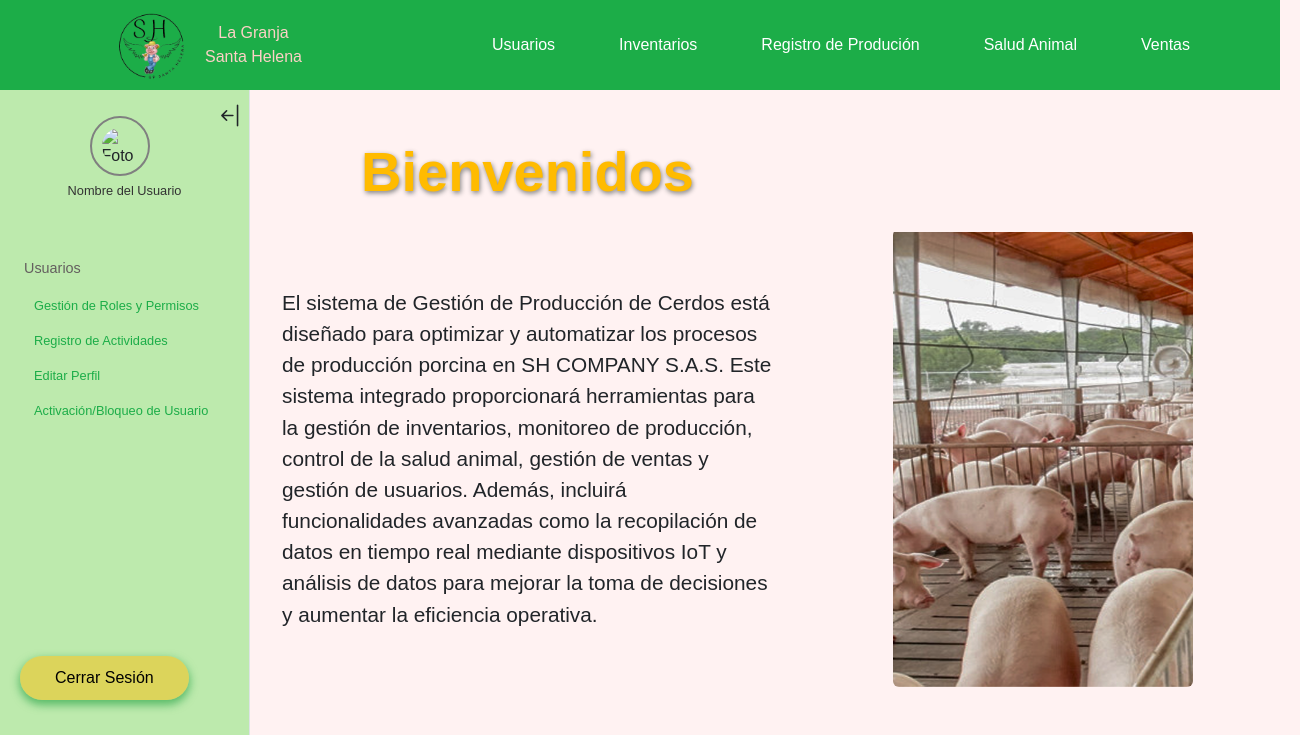
Repository: Mateojimenezz/Granja-Santa-Helena
Page: paginaDeInicio.html
These files come from the project's save history. The page is drawn as it stood at one moment and after the next save; the edit follows.
The browser window is 1280 px wide. The page is 1300 px wide, so the pictures cover 1300 px, including what lies to the right of the window. The pictures show the whole page.
After loading, the first visible `a.nav-link` was clicked once.
Some web fonts or font styles are not loaded; a fallback is used.

Above is the page before, as saved 2025-04-08 10:06:43.

### paginaDeInicio.html
<!DOCTYPE html>
<html lang="es">
<head>
    <meta charset="UTF-8">
    <meta name="viewport" content="width=device-width, initial-scale=1.0">
    <title>La Granja</title>
    <link href="https://cdn.jsdelivr.net/npm/bootstrap@5.3.3/dist/css/bootstrap.min.css" rel="stylesheet" integrity="sha384-QWTKZyjpPEjISv5WaRU9OFeRpok6YctnYmDr5pNlyT2bRjXh0JMhjY6hW+ALEwIH" crossorigin="anonymous">

    <link rel="stylesheet" href="./assets/css/index.css">
    <link rel="stylesheet" href="./assets/css/paginaDeInicio.css">
    <link rel="stylesheet" href="https://cdn.jsdelivr.net/npm/bootstrap-icons@1.11.3/font/bootstrap-icons.min.css">
    <link href="https://fonts.googleapis.com/css2?family=Calistoga&display=swap" rel="stylesheet">

  </head>
<body>
  <header class="header sticky-top d-flex  align-items-center ">
    <div class="container d-flex  align-items-center justify-content-between ">
      <div class="logo">
        <img  src="./assets/img/logo.png" width="90" alt="Logo">
        <span>La Granja <br> Santa Helena</span>
      </div>
      <nav class="navbar navbar-expand-lg ">
        <button class="navbar-toggler toggler-focus text-white" type="button" data-bs-toggle="collapse" data-bs-target="#menu" aria-controls="menu" aria-expanded="false" aria-label="Toggle navigation">
          <span class="navbar-toggler-icon"></span>
        </button>
        <div class="collapse navbar-collapse  d-lg-none" id="menu">
          <ul class="navbar-nav ms-auto    gap-md-3 gap-lg-5">
            <li class="nav-item"><a class="nav-link " href="#" >Usuarios</a>
              <ul class="submenu submenu-hidden">
                <li><a class="nav-link" href="#">Gestión de Roles y Permisos</a>
                  <ul class="sub-submenu sub-submenu-hidden">
                    <li><a class="nav-link" href="#">Usuarios</a></li>

                  </ul>
                </li>
                <li><a class="nav-link" href="#">Registro de Actividades</a></li>
                <li><a class="nav-link" href="#">Editar Perfil</a></li>
                <li><a class="nav-link" href="#">Activación/Bloqueo de Usuario</a></li>
              </ul>
            </li>
            <li class="nav-item"><a class="nav-link" href="#">Inventarios</a>
              <ul class="submenu submenu-hidden">
                <li><a class="nav-link" href="#">Bodega de Alimento</a>
                  <ul class="sub-submenu sub-submenu-hidden">
                    <li><a class="nav-link" href="#">Inventario de alimento</a></li>
                    <li><a class="nav-link" href="#">Registro de Diario de consumo</a></li>
                  </ul>
                </li>
                <li><a class="nav-link" href="#">Bodega de Enseres</a></li>
                <li><a class="nav-link" href="#">Dispensario</a></li>
                <li><a class="nav-link" href="#">Laboratorio</a></li>
              </ul>
            </li>
            <li class="nav-item"><a class="nav-link" href="#">Registro de Produción</a>
              <ul class="submenu submenu-hidden">
                <li><a class="nav-link" href="#">Maternidad</a></li>
                <li><a class="nav-link" href="#">Lactancia</a></li>
                <li><a class="nav-link" href="#">Reproductores</a></li>
                <li><a class="nav-link" href="#">Precebo</a></li>
                <li><a class="nav-link" href="#">Ceba</a></li>
              </ul>

            </li>
            <li class="nav-item"><a class="nav-link" href="#">Salud Animal</a></li>
            <li class="nav-item"><a class="nav-link" href="#">Ventas</a></li>
          </ul>
        </div>
        </div>
      </nav>
    </div>
  </header>
  <button id="toggleMenu" class="d-none d-sm-none d-md-block  btn  position-fixed  btn-MenuLateralAbrir ">
    <span><i class="bi bi-arrow-bar-right"></i></span>
  </button>
  <!-- Menú lateral -->
  <div id="sidebar" class=" border-end vh-100 position-fixed start-0 p-3  ">
     <!-- Sección de Usuario -->
  <div id="userInfo" class="user-info d-flex flex-column">
    <img src="" alt="Foto de Usuario" class="user-photo"><!-- foto del usuario -->
    <p class="user-name ">Nombre del Usuario</p>
  </div>
    <button id="closeMenu" class="btn  mb-1 btn-MenuLateralCerrar">
      <span><i class="bi bi-arrow-bar-left"></i></span>
    </button>
    <ul id="sisidebarMenu"  class="nav flex-column" >

    </ul>
     <!-- Botón de Cerrar Sesión -->
  <button id="logoutButton" class="logout-button">Cerrar Sesión</button>
  </div>
  <main class="container">
    <!-- Sección 1 -->
    <section class="row seccion-1">
      <article class="col-12 col-lg-6 d-flex justify-content-center align-items-center mt-5 mb-2">
        <h1 >Bienvenidos</h1>
      </article>
    </section>
    <!-- Sección 2 -->
    <section class="row seccion-2  mt-2">
      <article class="d-flex flex-column align-items-center justify-content-center col-12 col-lg-6 ">
        <p class="text-justify mb-5">
          El sistema de Gestión de Producción de Cerdos está diseñado para optimizar y automatizar
          los procesos de producción porcina en SH COMPANY S.A.S. Este sistema integrado proporcionará herramientas
          para la gestión de inventarios, monitoreo de producción, control de la salud animal, gestión de ventas y gestión de usuarios.
          Además, incluirá funcionalidades avanzadas como la recopilación de datos en tiempo real mediante dispositivos IoT y análisis de datos
          para mejorar la toma de decisiones y aumentar la eficiencia operativa.
        </p>
      </article>
      <!-- Imagen -->
      <article class="col-12 col-lg-6 d-flex justify-content-center align-items-center mb-5 p-0 ">
        <img
          src="assets/img/Upload-5a8315b810a15-13022018 1.png"  width="300" height="200"
          class="img-fluid rounded "
          alt="Fotografía de la granja"
        />
      </article>
    </section>
  </main>







  <!-- bootstrap JS -->
  <script src="https://cdn.jsdelivr.net/npm/bootstrap@5.3.3/dist/js/bootstrap.bundle.min.js" integrity="sha384-YvpcrYf0tY3lHB60NNkmXc5s9fDVZLESaAA55NDzOxhy9GkcIdslK1eN7N6jIeHz" crossorigin="anonymous"></script>
  <script src="./assets/js/menu.js"></script>
  <script src="./assets/js/menuLateral.js"></script>
  <script src="./assets/js/submenu.js"></script>
  <script src="./assets/js/menuHandler.js"></script>

</body>

</html>

### assets/css/index.css
@import "./variables.css";

/* === General === */
body {
  margin: 0;
  font-family: var(--font-principal);
  background-color: var(--color-FondoDiv2);
}

/* === Header === */
.header {
  background-color: var(--color-principal);
  color: var(--color-texto);
  font-size: 1rem;
}

.logo {
  display: flex;
  align-items: center;
  gap: 0.5rem;
  color: #FCD1C6;
  text-align: center;
  margin-left: 25px;
}

/* === Botón Ingresar === */
.ingresar,
.ingresar1 {
  color: white !important;
  cursor: pointer;
  display: flex;
  align-items: center;
  gap: 10px;
}

.ingresar {
  margin-left: 110px;
  margin-right: 100px;
}

.ingresar h5:hover,
.ingresar1 h5:hover {
  color: var(--color-fondoDiv);
}

/* === Navbar === */
.navar-nav {
  justify-content: center;
}

.nav-link {
  position: relative;
  color: white;
  text-decoration: none;
  padding: 0.5rem;
  transition: color 0.3s ease-in-out;
}
.nav-link:active{
  color: red;
}

.nav-link::after {
  content: '';
  position: absolute;
  left: 15px;
  bottom: 0;
  width: 0;
  height: 2px;
  background-color: var(--color-FondoDiv2);
  transition: width 0.3s ease-in-out;
}

.nav-link:hover {
  color: var(--color-fondoDiv);
}

.nav-link:hover::after {
  width: 75%;
}

/* === Sección 1 - Imagen Principal === */
.imagen1 {
  width: 100%;
  height: 500px;
  object-fit: cover;
}

.titulo1 {
  position: absolute;
  top: 50%;
  left: 50%;
  transform: translate(-50%, -50%);
  color: white;
  font-size: 4rem;
  font-weight: bold;
  text-shadow: 2px 2px 5px var(--color-principal);
  text-align: center;
}

/* === Sección 3 === */
.seccion-3 {
  background-color: var(--color-fondoDiv);
}

/* === Footer === */
.footer {
  background-color: var(--color-Footter);
  padding-left: 50px;
  padding-bottom: 0px;
  margin-bottom: -50px;
}

.Logofooter {
  max-width: 250px;
  margin-right: 50px;
}

/* === Responsividad === */
@media (max-width: 991px) {

  /* Ajustes en dispositivos pequeños */
  .logo {
    margin-left: -10px;
  }

  .navbar-toggler {
    border: none !important;
  }

  .navbar-toggler:focus,
  .navbar-toggler:active,
  .navbar-toggler:hover {
    outline: none !important;
    box-shadow: 0 0 10px #F8E91C !important;
  }

  /* Ocultar ingresar en pantallas pequeñas y mostrar ingresar1 */
  .ingresar {
    display: none;
  }

  .ingresar1 {
    display: flex;
  }

  .ingresar1 .bi {
    padding-top: 5px;
  }
}

### assets/css/paginaDeInicio.css
@import "./variables.css";

/* === General === */
body {
  overflow-x: hidden; /* Elimina scroll horizontal globalmente */
  width: 100%; /* Asegura que el cuerpo ocupe todo el ancho */
  box-sizing: border-box;
  position: relative; /* Asegura que el cuerpo sea el contenedor principal */
  z-index: 1; /* Mantén el cuerpo en la base de la jerarquía */
}

#sidebar {
  display: none;
  transition: all 0.3s ease; /* Animación opcional */
  background-color: var(--color-menu-lateral); /* Color de fondo del menú lateral */
  position: fixed; /* Fija el menú lateral */
  top: 90px; /* Ajusta la posición superior según el encabezado */
  left: 0;
  bottom: 30px; /* Ajusta la posición inferior según el pie de página */
  width: 250px; /* Ajusta al ancho necesario */
  overflow-y: auto; /* Permitir desplazamiento vertical */
  z-index: 2 !important; /* Asegura que el menú esté por encima de otros elementos */
  max-height: 100vh; /* Asegura que el contenido no exceda la pantalla */
  overflow-y: scroll; /* Habilita el desplazamiento vertical */
  scrollbar-width: thin; /* Reduce el grosor de la barra en Firefox */
  scrollbar-color: transparent transparent; /* Hace la barra invisible en Firefox */

 }
 #sidebar::-webkit-scrollbar {
  width: 0; /* Oculta la barra de desplazamiento en navegadores basados en WebKit */
}

#sidebar::-webkit-scrollbar-thumb {
  background-color: transparent; /* Asegura que el pulgar sea invisible */
}

#sidebar.open {
  display: block;
}
.btn-MenuLateralAbrir{
  margin-top: -5px;
  margin-left: -10px;
  font-size: 30px;
  font-weight: 700;
  border:none;

}

.btn-MenuLateralCerrar{
  margin-top: -240px;
  margin-left: 190px;
  font-size: 25px;
  border:none;
}
.seccion-1 h1{
    font-family: var(--font-principal);
    color:  #FFBB00;
    font-size: 3.5em;
    font-weight: bold;
    text-shadow: gray 1px 2px 5px;

}
.seccion-2{
  font-size: 1.3em;
  font-family: Arial;
}


/* Submenú dentro del menú lateral */
#sisidebarMenu .submenu {
  margin-left: -10px; /* Ajustar margen */
  list-style: none; /* Eliminar viñetas */

}

/* Ocultar los submenús en el encabezado */
.nav-item .submenu {
  display: none;
}

.nav-item.active .submenu {
  display: block; /* Mostrar submenús al hacer clic en pantallas pequeñas */
}

/* Animación para mostrar el menú lateral */

/* Estilos para la sección de usuario */
.user-info {
  align-items: center;
  padding: 10px;
}

.user-photo {
  width: 60px;
  height: 60px;
  padding: 10px;
  border: 2px solid grey;
  border-radius: 50%; /* Hace que la imagen sea redonda */
  margin-right: 10px;
}

.user-name {
  font-size: 0.8em;
  margin-top: 5px;
  color: #333;
}

/* Estilos para el botón de cerrar sesión */
.logout-button {
  position:fixed;
  bottom: 20px;
  left: 20px;
  border: none;
  text-align: center;
  cursor: pointer;
  background-color: var(  --color-Botones);
  padding: 10px 35px;
  border-radius: 30px;
  color: black;
  z-index: 1 !important; /* Asegura que el botón esté por encima de otros elementos */
  box-shadow: 0 4px 8px 1px  rgba(25, 157, 60, 0.6) /* Sombra verde */
}

.logout-button:hover {
  background-color: #c82333;
  color: white;



}
/* Estilos para los enlaces del menú lateral */
#sidebar .nav-link {
  font-size: 0.9em;
  color: var(--color-TextoMenuLateral); /* Color personalizado para los enlaces */
}
#sidebar .submenu .nav-link {
  font-family: arial;
  font-size:0.8em;
  color:var(--color-principal) !important; /* Color personalizado para el submenú */
}

#sidebar  .nav-link:hover {
  color:var(--color-principal); /* Color activo para los enlaces del submenú */
}


#sidebar .submenu .nav-link:focus{
  color: var(--color-TextoMenuLateral) !important; /* Asegura que el color sea consistente */
  font-weight: bold; /* Resalta el enlace activo */
}
/* estlos para sub-submenu */
/* Submenú y sub-submenú del menú lateral */
#sidebar .submenu,
#sidebar .sub-submenu {
  list-style: none;
  margin-left: 10px; /* Ajustar margen */
  padding: 0; /* Eliminar padding */
  transition: all 0.3s ease-in-out; /* Animación suave */
  display: none; /* Ocultos por defecto */
}

#sidebar .submenu-visible,
#sidebar .sub-submenu-visible {
  display: block !important; /* Mostrados al alternar visibilidad */
}

/* Diferenciación visual para sub-submenús */
#sidebar .sub-submenu {
  padding-left: 20px; /* Sangría para jerarquía */
  border-left: 2px solid #ddd; /* Línea para indicar nivel */
}

/* Opcional: estilos para enlaces activos en el menú lateral */
#sidebar .nav-link:hover {
  background-color: #f5f6f8; /* Fondo azul para destacar */

}












/* === Estilos para pantallas pequeñas === */

@media (max-width: 991px) { /* Para pantallas menores a md */
  #sidebar {
    display: none !important; /* Oculta el menú lateral */
  }


  #toggleMenu, #closeMenu {
    display: none !important; /* Oculta los botones asociados */

  }
  #sidebar.open {
    display: block;
  }
  #sisidebarMenu .submenu {
    margin-left: -10px; /* Ajustar margen */
    list-style: none; /* Eliminar viñetas */
  }


}

### assets/js/menu.js
/* menu en pantalla pequeña */

document.addEventListener("DOMContentLoaded", function () {
    const menuToggle = document.querySelector(".navbar-toggler");
    const logo = document.querySelector(".logo");
    const menu = document.getElementById("menu");

    menuToggle.addEventListener("click", function () {
      const isMenuOpen = menu.classList.contains("show");

      if (isMenuOpen) {
        // Cuando el menú está abierto, restauramos el logo
        logo.style.display = "flex";
      } else {
        // Cuando el menú está cerrado, ocultamos el logo
        logo.style.display = "none";
      }
    });

    // Detectar cuando el usuario cierra el menú automáticamente
    menu.addEventListener("hidden.bs.collapse", function () {
      logo.style.display = "flex";
    });
  });

### assets/js/menuLateral.js
/* aqui se maneja los botones abrir y cerar del menu lateral y el menu del
 header que me abre el menu lateral
con cada item del menu al que le doy clic en el header */

document.addEventListener("DOMContentLoaded", function () {
  const toggleMenu = document.getElementById("toggleMenu");
  const closeMenu = document.getElementById("closeMenu");
  const sidebar = document.getElementById("sidebar");
  const mainContent = document.querySelector("main"); // Contenido principal
  const menuItems = document.querySelectorAll(".nav-item"); // Ítems principales del menú superior
  const sidebarMenu = document.getElementById("sisidebarMenu"); // Contenedor del menú lateral

  // Función que verifica si la pantalla es grande
  function isLargeScreen() {
    return window.innerWidth >= 768; // Define pantallas grandes
  }

  // Limpia el contenido del menú lateral
  function clearSidebarMenu() {
    sidebarMenu.innerHTML = ""; // Limpia el menú lateral
  }

  // Mostrar ítems del menú en el menú lateral con submenús y sub-submenús
  function configureSidebarMenu() {
    clearSidebarMenu();

    menuItems.forEach(item => {
      const submenu = item.querySelector(".submenu");
      const link = item.querySelector(".nav-link");

      const sidebarItem = document.createElement("li");
      sidebarItem.classList.add("nav-item");

      // Clona el enlace principal
      const clonedLink = link.cloneNode(true);
      sidebarItem.appendChild(clonedLink);

      // Si el ítem tiene submenú, clónalo y configúralo
      if (submenu) {
        const clonedSubmenu = submenu.cloneNode(true);
        clonedSubmenu.style.display = "none"; // Ocultar submenú inicialmente

        // Manejo de sub-submenús
        const subSubmenus = clonedSubmenu.querySelectorAll(".sub-submenu");
        subSubmenus.forEach(subSubmenu => {
          subSubmenu.style.display = "none"; // Ocultar sub-submenús inicialmente
          const parentItem = subSubmenu.closest("li");
          const parentLink = parentItem.querySelector(".nav-link");

          // Alternar visibilidad del sub-submenú al hacer clic en el enlace padre
          parentLink.addEventListener("click", function (e) {
            e.preventDefault();
            subSubmenu.style.display = subSubmenu.style.display === "block" ? "none" : "block";
          });
        });

        sidebarItem.appendChild(clonedSubmenu);

        // Alternar visibilidad del submenú al hacer clic en el enlace principal
        clonedLink.addEventListener("click", function (e) {
          e.preventDefault();
          clonedSubmenu.style.display = clonedSubmenu.style.display === "block" ? "none" : "block";
        });
      }

      sidebarMenu.appendChild(sidebarItem);
    });
  }

  // Mostrar/ocultar el menú desde el botón toggle
  toggleMenu.addEventListener("click", function () {
    if (sidebar.style.display === "none" || sidebar.style.display === "") {
      sidebar.style.display = "block"; // Muestra el menú lateral
      configureSidebarMenu(); // Configura el menú lateral con submenús y sub-submenús
      if (isLargeScreen()) {
        mainContent.style.marginLeft = "270px"; // Desplaza el contenido en pantalla grande
        mainContent.style.maxWidth = `calc(100% - ${sidebar.offsetWidth}px)`; // Reduce el ancho según el sidebar
        mainContent.style.overflowX = "hidden"; // Evita scroll horizontal
        mainContent.style.boxSizing = "border-box"; // Ajusta el tamaño incluyendo paddings y bordes

      }
    } else {
      sidebar.style.display = "none"; // Oculta el menú lateral
      if (isLargeScreen()) {
        mainContent.style.marginLeft = "0px"; // Restaura el contenido en pantalla grande
      }
    }
  });

  // Cerrar el menú lateral
  closeMenu.addEventListener("click", function () {
    sidebar.style.display = "none"; // Oculta el menú lateral
    if (isLargeScreen()) {
      mainContent.style.marginLeft = "200px"; // Restaura el contenido en pantalla grande
    }
  });

  // Ajuste inicial al cargar la página
  configureSidebarMenu(); // Configura el menú lateral en ambos tamaños de pantalla
});

### assets/js/menuHandler.js
/* aqui se manejael menu lateral , la manera en que se
desplaza cuando se abre el menu igual en pantalla pequeña  con los item del header  */
document.addEventListener("DOMContentLoaded", function () {
  const sidebar = document.getElementById("sidebar"); // Menú lateral
  const mainContent = document.querySelector("main"); // Contenido principal
  const menuItems = document.querySelectorAll(".nav-item"); // Ítems principales del menú superior
  const sidebarMenu = document.getElementById("sisidebarMenu"); // Contenedor del menú lateral

  // Ocultar el menú lateral inicialmente
  sidebar.style.display = "none";

  // Función que verifica si la pantalla es grande
  function isLargeScreen() {
    return window.innerWidth >= 768; // Define pantallas grandes
  }

  // Limpia el contenido del menú lateral
  function clearSidebarMenu() {
    sidebarMenu.innerHTML = ""; // Limpia el menú lateral
  }

  // Mostrar el submenú en el menú lateral al hacer clic en un ítem del header
  function showSubmenuInSidebar(item) {
    clearSidebarMenu(); // Limpia el menú lateral antes de añadir contenido

    const submenu = item.querySelector(".submenu");
    const link = item.querySelector(".nav-link");

    const sidebarItem = document.createElement("li");
    sidebarItem.classList.add("nav-item");

    // Clona el enlace principal
    const clonedLink = link.cloneNode(true);
    sidebarItem.appendChild(clonedLink);

    // Clona y muestra el submenú correspondiente
    if (submenu) {
      const clonedSubmenu = submenu.cloneNode(true);
      clonedSubmenu.style.display = "block"; // Submenú visible


      // Manejo de sub-submenús dentro del submenú clonado
      const subSubmenus = clonedSubmenu.querySelectorAll(".sub-submenu");
      subSubmenus.forEach(subSubmenu => {
        subSubmenu.style.display = "none"; // Ocultar sub-submenús inicialmente

        const parentItem = subSubmenu.closest("li"); // Ítem padre del sub-submenú
        const parentLink = parentItem.querySelector(".nav-link");

        // Alternar visibilidad del sub-submenú al hacer clic en el enlace padre
        parentLink.addEventListener("click", function (e) {
          e.preventDefault();
          subSubmenu.style.display = subSubmenu.style.display === "block" ? "none" : "block";
        });
      });

      sidebarItem.appendChild(clonedSubmenu); // Añade el submenú clonado al ítem
    }

    sidebarMenu.appendChild(sidebarItem); // Añade el ítem completo al menú lateral

    sidebar.style.display = "block"; // Asegúrate de que el menú lateral esté visible
    if (isLargeScreen()) {
      mainContent.style.marginLeft = "270px"; // Desplaza el contenido en pantallas grandes
      mainContent.style.maxWidth = `calc(100% - ${sidebar.offsetWidth}px)`; // Reduce el ancho según el sidebar
      mainContent.style.overflowX = "hidden"; // Evita scroll horizontal
      mainContent.style.boxSizing = "border-box"; // Ajusta el tamaño incluyendo paddings y bordes

    } else {
      mainContent.style.marginLeft = "0px"; // No desplaza el contenido en pantallas pequeñas
    }
  }

  // Eventos de clic en los ítems del menú superior (header)
  menuItems.forEach(item => {
    const link = item.querySelector(".nav-link");
    link.addEventListener("click", function (e) {
      e.preventDefault();

      showSubmenuInSidebar(item); // Muestra el submenú en el menú lateral
    });
  });


  // Ajuste dinámico al redimensionar la pantalla
  window.addEventListener("resize", function () {
    if (isLargeScreen()) {
      sidebar.style.display = "block"; // Mantén visible el menú lateral en pantallas grandes
      mainContent.style.marginLeft = "200px"; // Ajusta el margen dinámicamente para evitar que quede oculto
    } else {
      sidebar.style.display = "none"; // Oculta el menú lateral automáticamente en pantallas pequeñas
      mainContent.style.marginLeft = "0px"; // Asegura que el contenido no se desplace
    }
  });
});

### assets/css/variables.css
/* variables.css */
:root {
    --color-principal: #1CAD48 ;
    --color-Botones: rgba(255, 187, 0, 0.47);
    --color-texto: white;
    --color-fondo: #f5f5f5;
    --font-principal: 'calistoga','arial';
    --color-fondoDiv: #F8E91C;
    --color-FondoDiv2:#FFF2F2;
    --color-Footter: #D9D9D9;
    --letra-gris: #B0B0B7;
    --color-menu-lateral:#BDEAAD;
    --color-TextoMenuLateral:#645f5f; /* Color de texto del menú lateral */
  }

Loaded but not shown: assets/js/submenu.js (126 lines, source omitted)

After the next save:
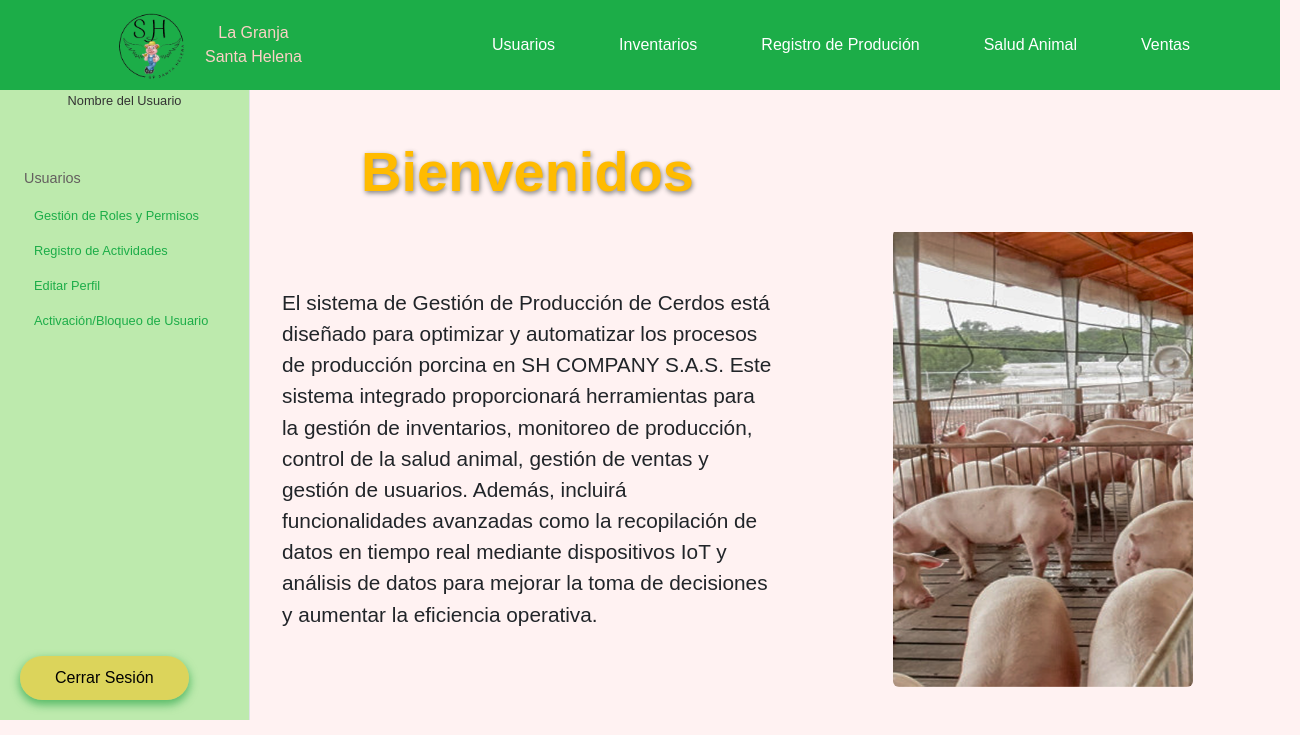
Saved 7 s later.
--- a/assets/js/menuHandler.js
+++ b/assets/js/menuHandler.js
@@ -60,6 +60,13 @@ document.addEventListener("DOMContentLoaded", function () {
     sidebarMenu.appendChild(sidebarItem); // Añade el ítem completo al menú lateral
 
     sidebar.style.display = "block"; // Asegúrate de que el menú lateral esté visible
+    sidebar.style.position = "fixed";
+    sidebar.style.zIndex = "9999"; // Garantiza que esté sobre otros elementos
+    sidebar.style.top = "0";
+    sidebar.style.height = "100%";
+
+    const logoutButton = document.querySelector(".logout-button");
+    logoutButton.style.zIndex = "1"; // Asegura que el botón quede debajo
     if (isLargeScreen()) {
       mainContent.style.marginLeft = "270px"; // Desplaza el contenido en pantallas grandes
       mainContent.style.maxWidth = `calc(100% - ${sidebar.offsetWidth}px)`; // Reduce el ancho según el sidebar
